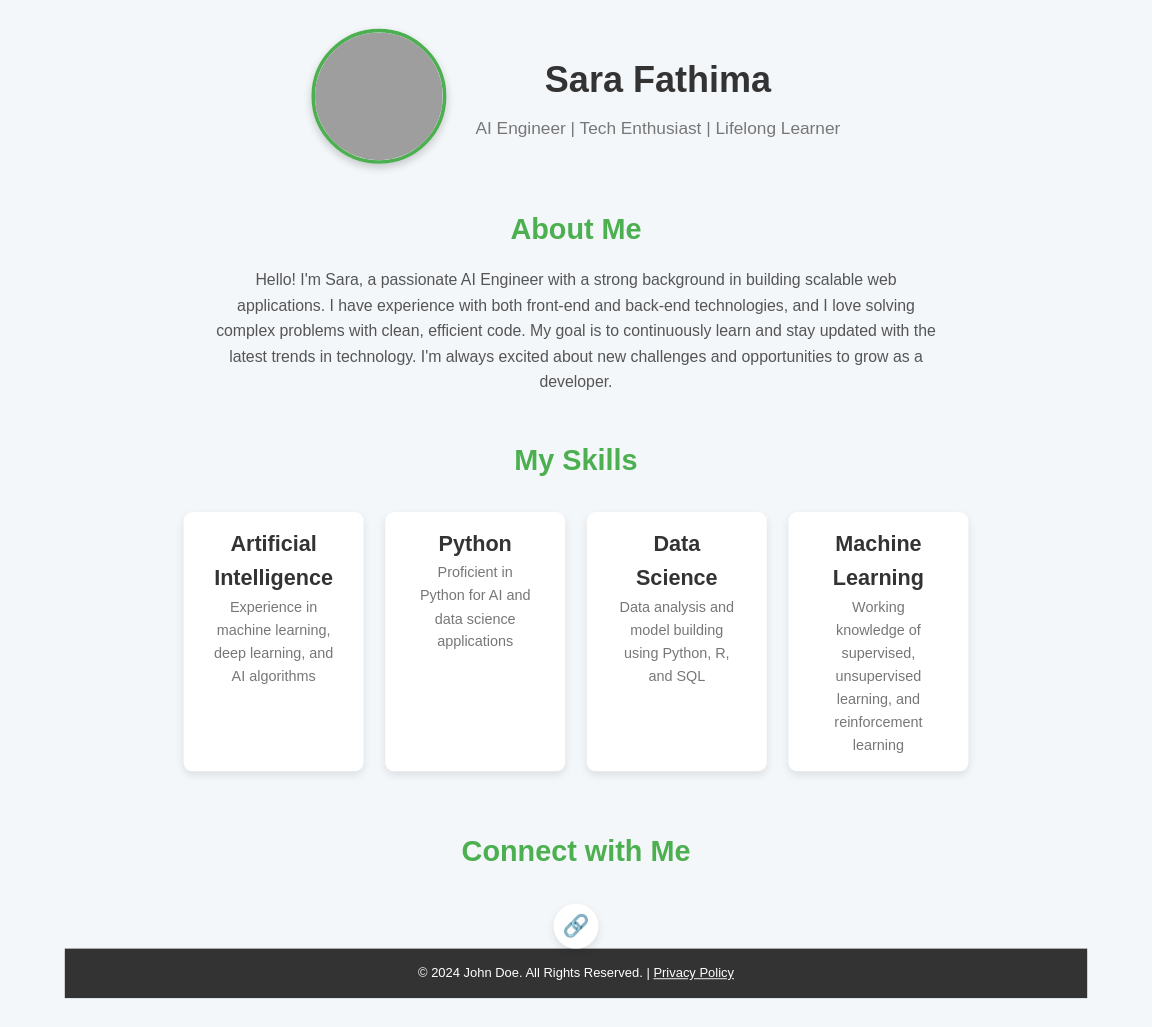
Repository: Syed1818/project
Page: profile.html
An editor plug-in stored every save of this project. The page is shown before and after the next save, followed by the edit.
The browser window is 1280 px wide. The pictures show the whole page, at 90% of full size.
Pictures or frames that could not be fetched are drawn as grey boxes.

Above is the page before, as saved 2024-12-02 20:59:34.

After the next save:
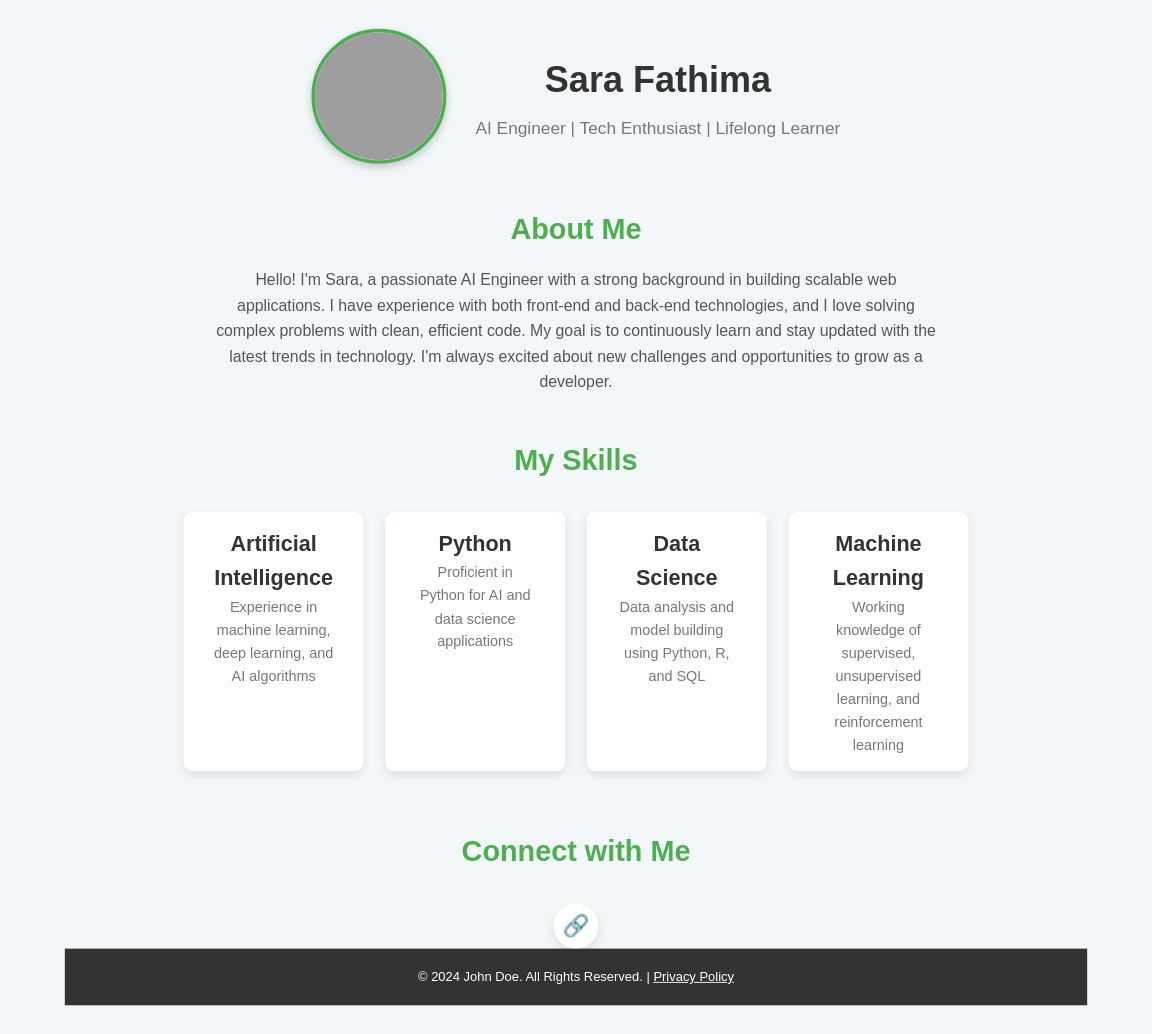
Saved 52 s later.
--- a/profile.html
+++ b/profile.html
@@ -165,7 +165,7 @@
         /* Footer */
         footer {
             text-align: center;
-            padding: 1rem;
+            padding: 20px 20px;
             background-color: #333;
             color: white;
         }
